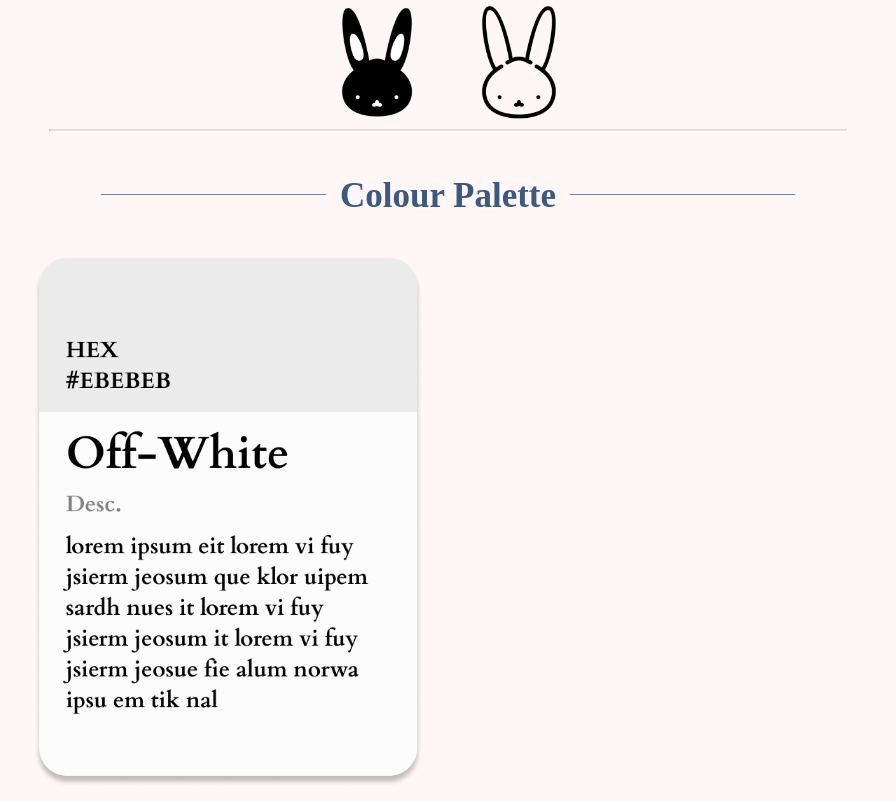
Repository: MeowCeline00/styleguide_wonder
Page: index.html
An editor plug-in stored every save of this project. The page is shown before and after the next save, followed by the edit.
The browser window is 1280 px wide. The pictures show the part of the page from y = 1556 to 3476 px (the page is 2700 px tall before and 3476 px after), at 70% of full size.

Above is the page before, as saved 2024-04-09 17:49:17.

### index.html
<!DOCTYPE html>
<html lang="en">
<head>
    <meta charset="UTF-8">
    <meta name="viewport" content="width=device-width, initial-scale=1.0">
    <title>Wonderland Style Guide</title>
    <link rel="stylesheet" href="styles/styles.css">
</head>
<body>

    <header>
        <nav>
            <ul>
                <li><a href="#home">Home</a></li>
                <li><a href="#logo">Logo</a></li>
                <li><a href="#color-variations">Color Variations</a></li>
                <li><a href="#typography">Typography</a></li>
                <li><a href="#imagery">Imagery</a></li>
            </ul>
        </nav>
        <hr style="width: 90%;" />

    </header>

    <main>
        <section id="home">
            <div class="row">
                <div class="column">
                  <img src="./images/alice_icon.png" alt="alice_icon" style="width:100%">
                </div>
                <div class="column">
                  <img src="./images/main.png" alt="main_logo" style="width:100%">
                </div>
              </div>
        </section>

        <div class="title-container">
            <div class="line"></div>
            <h2 class="title">Logo Variations</h2>
            <div class="line"></div>
        </div>

        <section id="logo">
            <div class="secondpage">
              <div class="mockup">
                <img src="./images/mockup.png" alt="mockup" style="width: 600px;">
              </div>
              <div class="divider"></div>
              <div class="logo_blue">
                <img src="./images/logo_blue.png" alt="logo_blue" style="width: 400px;">
              </div>
            </div>
            <div class="blacknwhite">
                <img src="./images/rabbit_bw.png" alt="rabbit_bw" style="width: 30%;">
            </div>
          </section>

          <hr style="width: 90%;" />

        <section id="color-variations">
             <div class="title-container">
            <div class="line"></div>
            <h2 class="title">Colour Palette</h2>
            <div class="line"></div>
        </div>

        <div class="color_palette">
            <div class="color_guide">
                <figure class="color_guide_item color_guide_item--1">
                    <img src="./images/off_white.png" alt="off_white" class="color_guide_img">
                </figure>
            </div>
        </div>
        </section>

        <section id="typography">
            <!-- Content for the Typography section -->
        </section>

        <section id="imagery">
            <!-- Content for the Imagery section -->
        </section>

    </main>


    <footer>
        <!-- Footer content -->
    </footer>


<button id="back-to-top" title="Go to top">Top</button>

<script>
  document.addEventListener('DOMContentLoaded', function() {
    if (document.body.scrollTop > 20 || document.documentElement.scrollTop > 20) {
      document.body.classList.remove('top');
    } else {
      document.body.classList.add('top');
    }
  });

  var mybutton = document.getElementById('back-to-top');

  window.onscroll = function() {
    scrollFunction();
  };

  function scrollFunction() {
    if (document.body.scrollTop > 20 || document.documentElement.scrollTop > 20) {
      document.body.classList.remove('top');
    } else {
      document.body.classList.add('top');
    }
  }

  mybutton.onclick = function() {
    document.body.scrollTop = 0;
    document.documentElement.scrollTop = 0;
  };
</script>

</body>
</html>

</body>
</html>

### styles/styles.css
.row {
    display: flex;
    justify-content: center;
    align-items: center;
  }

  .column {
    flex: 1;
    padding-left: 20px;
    padding-right: 20px;
    padding-top: 30px;
    padding-bottom: 50px;
  }

  .column img {
    width: 100%;
    max-width: 600px;
    height: auto;
    margin: 10px;
  }


  header {
    text-align: center;
    padding: 25px 0;
  }

  nav ul {
    list-style: none;
    display: inline-block;
    padding: 10px;
    font-family: 'Josefin Sans', sans-serif;
  }

  nav li {
    display: inline;
    margin-right: 150px;
  }

  nav a {
    text-decoration: none;
    color: #3E5880;
    font-size: 16px;
    font-weight: bold;
  }

  nav a:hover, nav a:focus {
    color: #424be9;
    text-decoration: underline solid #0c0c0c;
  }



  body {
    background-color: #FFF7F7;
  }

  .title-container {
    display: flex;
    align-items: center;
    justify-content: center;
    margin: 20px 0;
    max-width: 80%;
    margin-left: auto;
    margin-right: auto;
  }

  .line {
    flex-grow: 1;
    height: 1px;
    background-color: #3E5880;
    margin: 0 10px;
  }

  .title {
    white-space: nowrap;
    padding: 0 10px;
    color: #3E5880;
    font-size: 50px;
    font-family: "Cardo";
  }

  .secondpage {
    display: flex;
    justify-content: center;
    align-items: center;
    padding: 10px;
    padding-left: auto;
    padding-right: auto;
  }

  .mockup, .logo_blue {
    padding: 10px;
  }

  .divider {
    width: 1px;
    height: 400px;
    background-color: #3E5880;
    margin: 0 20px;
    margin-right: 140px;
  }

  .blacknwhite {
    display: flex;
    justify-content: center;
    align-items: center;
    padding-top: 60px;
  }

  #back-to-top {
    position: fixed;
    bottom: 20px;
    right: 30px;
    background-color: #3E5880;
    color: white;
    padding: 15px 10px;
    border: none;
    border-radius: 80px;
    cursor: pointer;
    opacity: 0;
    transition: opacity 0.3s;
    z-index: 1000;
  }

  body:not(.top) #back-to-top {
    opacity: 1;
  }

After the next save:
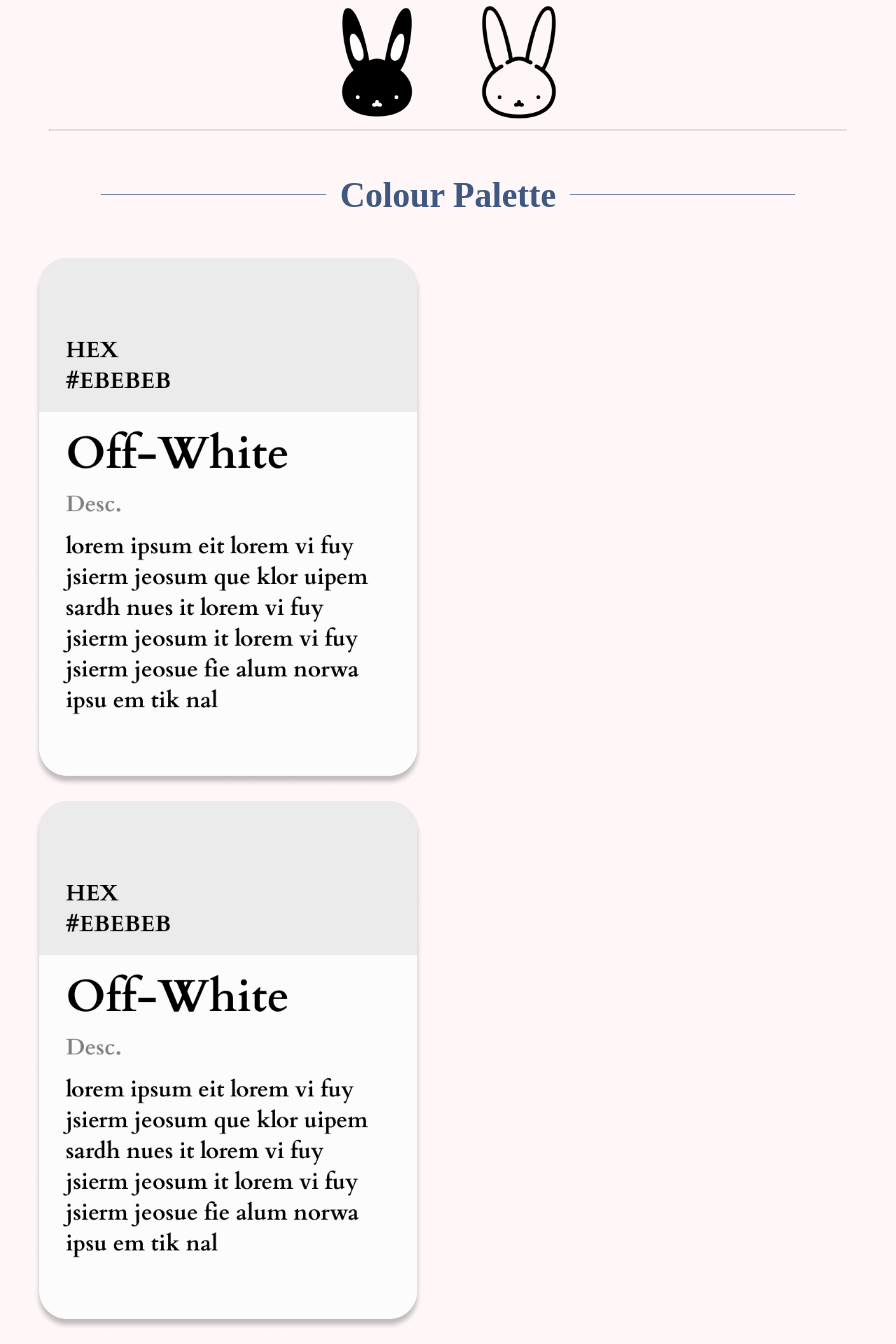
Saved 17 s later.
--- a/index.html
+++ b/index.html
@@ -69,6 +69,9 @@
                 <figure class="color_guide_item color_guide_item--1">
                     <img src="./images/off_white.png" alt="off_white" class="color_guide_img">
                 </figure>
+                <figure class="color_guide_item color_guide_item--1">
+                    <img src="./images/off_white.png" alt="off_white" class="color_guide_img">
+                </figure>
             </div>
         </div>
         </section>
